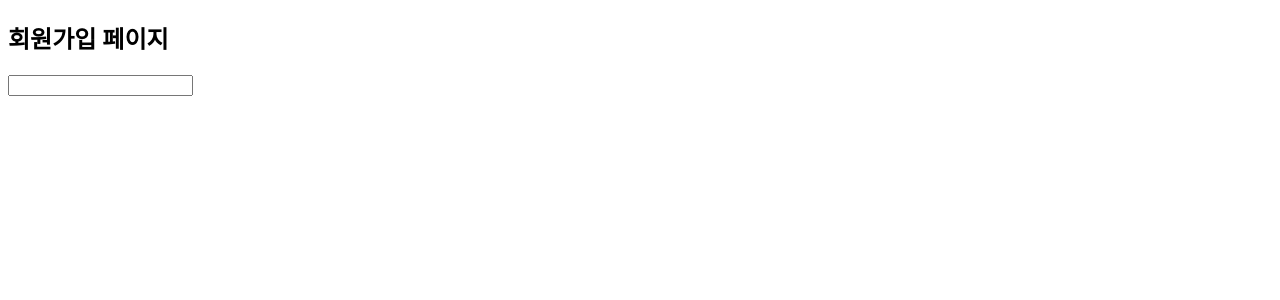
Repository: lsh5039/dcuMentoring
Page: http://localhost/test/join
The author's editor kept a copy of each file at every save. The page is drawn from the files as they stood at one save, then again after the next save.
The browser window is 1280 px wide. The pictures show the whole page.
The page is served by Tomcat 9. Other server files are loaded and not shown.

Above is the page before, as saved 2021-05-03 10:48:25.

### test/WebContent/WEB-INF/views/join.jsp
<%@ page language="java" contentType="text/html; charset=UTF-8"
    pageEncoding="UTF-8"%>
<!DOCTYPE html>
<html>
<head>
<meta charset="UTF-8">
<title>Insert title here</title>
</head>
<body>
	<h2>회원가입 페이지</h2>
	<form>
		<div><input type="text"></div>



	</form>

</body>
</html>

### test/src/JoinServlet.java


import java.io.IOException;

import javax.servlet.RequestDispatcher;
import javax.servlet.ServletException;
import javax.servlet.annotation.WebServlet;
import javax.servlet.http.HttpServlet;
import javax.servlet.http.HttpServletRequest;
import javax.servlet.http.HttpServletResponse;


@WebServlet("/join")
public class JoinServlet extends HttpServlet {

	protected void doGet(HttpServletRequest request, HttpServletResponse response) throws ServletException, IOException {
		RequestDispatcher rd = request.getRequestDispatcher("/WEB-INF/views/join.jsp");
		rd.forward(request, response);
	}


	protected void doPost(HttpServletRequest request, HttpServletResponse response) throws ServletException, IOException {

	}

}

After the next save:
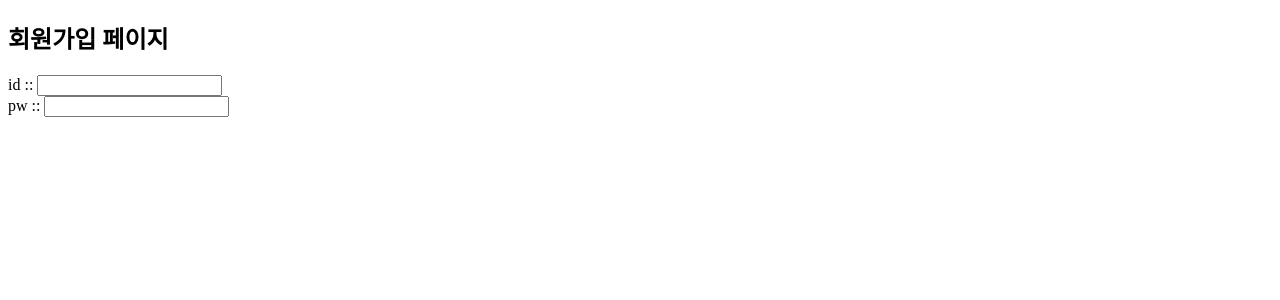
Saved 23 s later.
--- a/test/WebContent/WEB-INF/views/join.jsp
+++ b/test/WebContent/WEB-INF/views/join.jsp
@@ -9,7 +9,8 @@
 <body>
 	<h2>회원가입 페이지</h2>
 	<form>
-		<div><input type="text"></div>
+		<div>id :: <input type="text"></div>
+		<div>pw :: <input type="text"></div>
 
 
 
